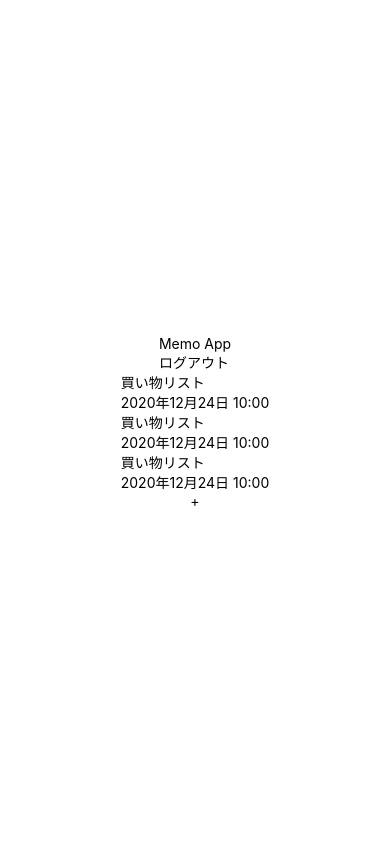
Repository: hirano-step/MemoApp
Screen: /
An editor plug-in stored every save of this project. The screen is shown before and after the next save, followed by the edit.
The app was drawn by React Native's web renderer in a window 390 px wide. The project was rebuilt for these pictures with package versions that can differ from the ones it lists, and the page was loaded fresh each time.

Above is the screen before, as saved 2023-01-12 11:00:19.

After the next save:
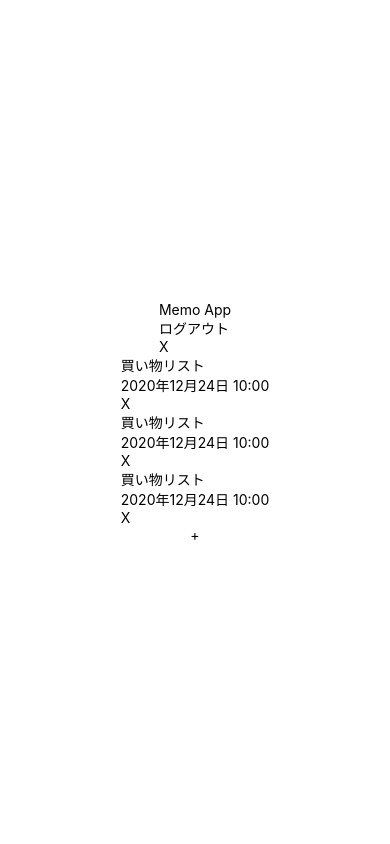
Saved 69 s later.
--- a/App.jsx
+++ b/App.jsx
@@ -8,6 +8,9 @@ export default function App() {
           <Text>Memo App</Text>
           <Text>ログアウト</Text>
         </View>
+        <View>
+          <Text>X</Text>
+        </View>
       </View>
 
       <View>
@@ -16,6 +19,9 @@ export default function App() {
             <Text>買い物リスト</Text>
             <Text>2020年12月24日 10:00</Text>
           </View>
+          <View>
+            <Text>X</Text>
+          </View>
         </View>
 
         <View>
@@ -23,12 +29,18 @@ export default function App() {
             <Text>買い物リスト</Text>
             <Text>2020年12月24日 10:00</Text>
           </View>
+          <View>
+            <Text>X</Text>
+          </View>
         </View>
 
         <View>
           <View>
             <Text>買い物リスト</Text>
             <Text>2020年12月24日 10:00</Text>
+          </View>
+          <View>
+            <Text>X</Text>
           </View>
         </View>
       </View>
